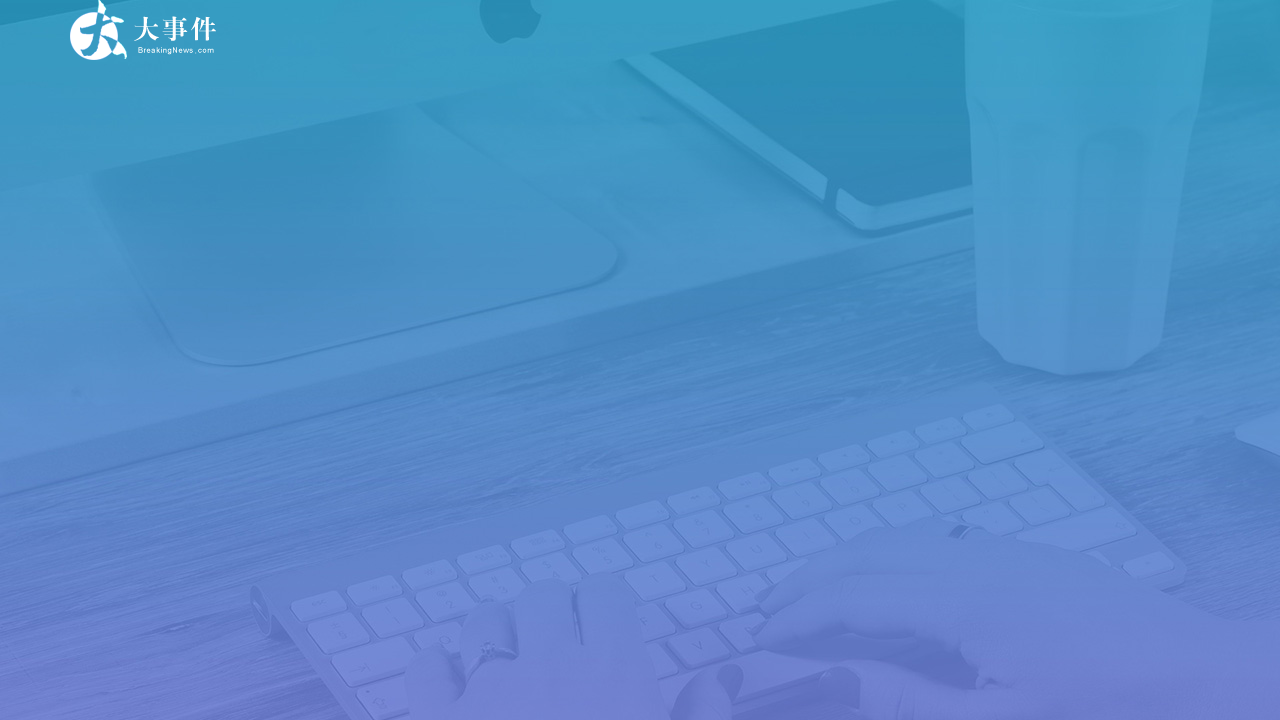
Repository: keyboying1/web_bigevent
Page: login.html
The author's editor kept a copy of each file at every save. The page is drawn from the files as they stood at one save, then again after the next save.
The browser window is 1280 px wide. The pictures show the whole page.

Above is the page before, as saved 2022-11-18 14:51:59.

### login.html
<!DOCTYPE html>
<html lang="en">
<head>
    <meta charset="UTF-8">
    <meta http-equiv="X-UA-Compatible" content="IE=edge">
    <meta name="viewport" content="width=device-width, initial-scale=1.0">
    <title>大事件-注册/登录</title>
    <!-- 导入layui样式 -->
    <link rel="stylesheet" href="/assets/lib/layui/css/layui.css">
    <link rel="stylesheet" href="/assets/css/login.css">
</head>
<body>
    <div class="layui-main">
        <img src="/assets/images/logo.png" alt="" />
    </div>
</body>
</html>

### assets/css/login.css
html,
body{
    margin:0;
    padding:0;
    height: 100%;
    width: 100%;
    background:url('/assets/images/login_bg.jpg')
    no-repeat center;
    background-size: cover;
}

.loginAndRegBox{
   width: 400px;
   height:310px;
   background-color: #fff;
   position: absolute;
   left: 50%;
   top: 50%;
   transform: translate(-50%，-50%);
}

Loaded but not shown: assets/lib/layui/css/layui.css (library)

After the next save:
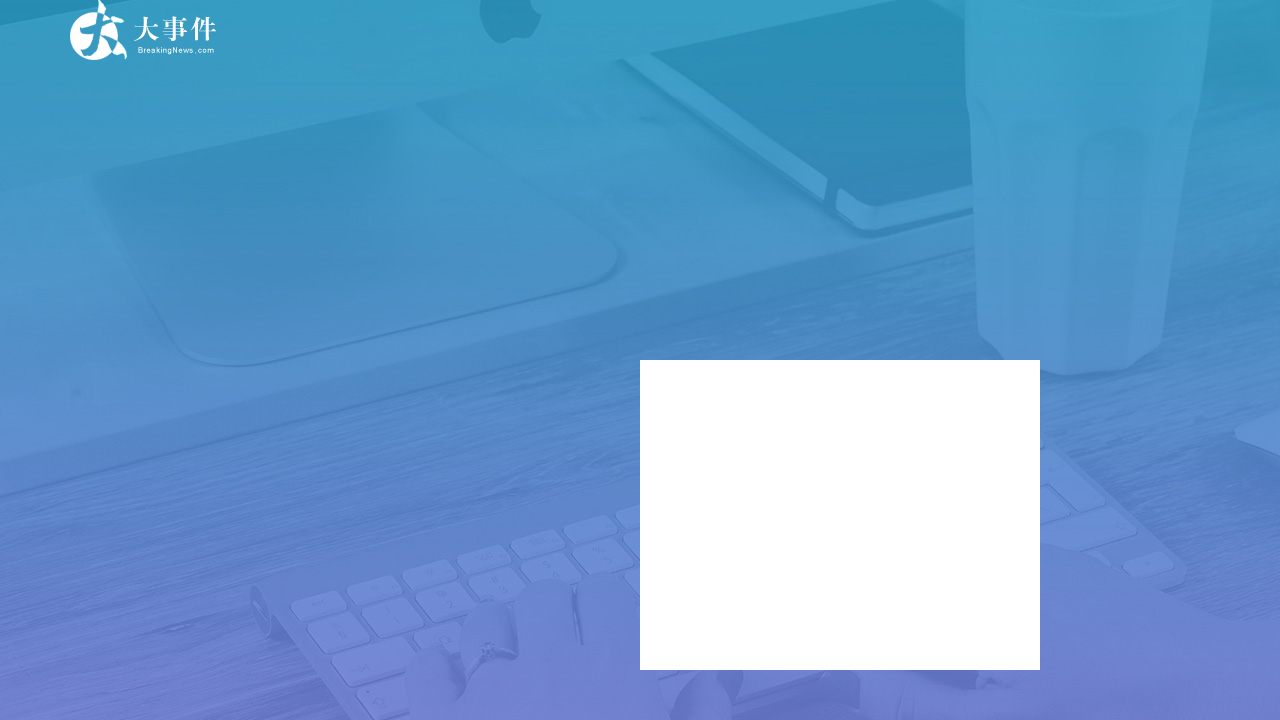
Saved 8 s later.
--- a/login.html
+++ b/login.html
@@ -10,8 +10,14 @@
     <link rel="stylesheet" href="/assets/css/login.css">
 </head>
 <body>
+    <!-- 头部logo区域 -->
     <div class="layui-main">
         <img src="/assets/images/logo.png" alt="" />
     </div>
+
+    <!-- 登录注册区域 -->
+    <div class="loginAndRegBox">
+
+    </div>
 </body>
 </html>
